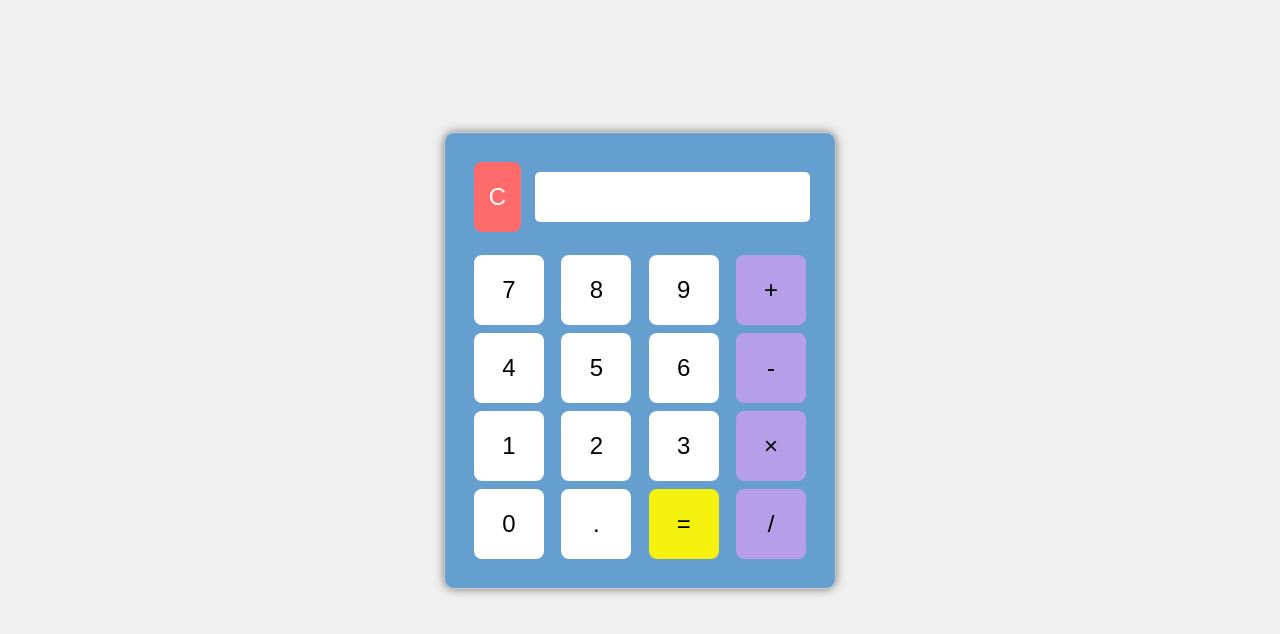
Repository: Burnmyheart/calculator
Page: index.html
An editor plug-in stored every save of this project. The page is shown before and after the next save, followed by the edit.
The browser window is 1280 px wide. The pictures show the whole page.

Above is the page before, as saved 2025-04-28 22:47:49.

### index.html
<!DOCTYPE html>
<html lang="en">
  <head>
    <meta charset="UTF-8" />
    <meta name="viewport" content="width=device-width, initial-scale=1.0" />
    <title>Калькулятор</title>
    <link rel="stylesheet" href="style.css" />
  </head>
  <body>
    <div class="calculator">
      <!-- Поле вывода и кнопка сброса -->
      <div class="display-container">
        <button class="clear" onclick="clearDisplay()">C</button>
        <input type="text" id="display" readonly />
      </div>

      <!-- Кнопки калькулятора -->
      <div>
        <button onclick="addNumber('7')">7</button>
        <button onclick="addNumber('8')">8</button>
        <button onclick="addNumber('9')">9</button>
        <button class="operation" onclick="addOperation('+')">+</button>
      </div>
      <div>
        <button onclick="addNumber('4')">4</button>
        <button onclick="addNumber('5')">5</button>
        <button onclick="addNumber('6')">6</button>
        <button class="operation" onclick="addOperation('-')">-</button>
      </div>
      <div>
        <button onclick="addNumber('1')">1</button>
        <button onclick="addNumber('2')">2</button>
        <button onclick="addNumber('3')">3</button>
        <button class="operation" onclick="addOperation('*')">×</button>
      </div>
      <div>
        <button onclick="addNumber('0')">0</button>
        <button onclick="addNumber('.')">.</button>
        <button class="calculate" onclick="calculate()">=</button>
        <button class="operation" onclick="addOperation('/')">/</button>
      </div>
    </div>

    <script src="calculator.js"></script>
  </body>
</html>

### style.css
/* Базовые стили для читаемости */
body {
  display: flex;
  justify-content: center;
  align-items: center;
  min-height: 100vh;
  margin: 0;
  background-color: #f0f0f0;
}

.calculator {
  background-color: #649fcf;
  padding: 25px;
  border: 1px solid #ccc;
  border-radius: 10px;
  width: 340px;
  box-shadow: 0 0 10px 0 rgba(0, 0, 0, 0.5);
}

.display-container {
  margin-bottom: 15px;
  display: flex;
  align-items: center;
  gap: 10px;
}

#display {
  width: 255px;
  height: 40px;
  padding: 5px 10px;
  text-align: right;
  font-size: 24px;
  border-radius: 5px;
  border: none;
}

.calculator > div:not(.display-container) {
  display: flex;
  justify-content: space-between;
}

button {
  width: 70px;
  height: 70px;
  margin: 4px;
  border: none;
  background-color: white;
  border-radius: 8px;
  font-size: 24px;
  cursor: pointer;
}

.clear {
  background-color: #ff6b6b;
  color: white;
}

.calculate {
  background-color: #f5f10f;
}

.operation {
  background-color: #ef9efa98;
}

### calculator.js
// Получаем элемент дисплея
const display = document.getElementById("display");

// Переменные для хранения данных
let firstNumber = "";
let operator = "";
let newNumber = false;

// Добавление цифры
function addNumber(num) {
  if (newNumber) {
    display.value = num;
    newNumber = false;
  } else {
    display.value += num;
  }
}

// Добавление операции
function addOperation(op) {
  // Проверяем, что есть число для операции
  if (display.value === "") {
    display.value = "Ошибка: введите число";
    return;
  }
  // Если уже есть операция, выполняем её
  if (firstNumber && operator) {
    calculate();
  }
  firstNumber = display.value;
  operator = op;
  newNumber = true;
}

// Вычисление результата
function calculate() {
  // Проверяем наличие всех необходимых данных
  if (!firstNumber || !operator || !display.value) {
    display.value = "Ошибка: неполное выражение";
    return;
  }

  let result;
  let a = parseFloat(firstNumber);
  let b = parseFloat(display.value);

  switch (operator) {
    case "+":
      result = a + b;
      break;
    case "-":
      result = a - b;
      break;
    case "*":
      result = a * b;
      break;
    case "/":
      if (b === 0) {
        display.value = "Ошибка: деление на ноль";
        firstNumber = "";
        operator = "";
        newNumber = true;
        return;
      }
      result = a / b;
      break;
  }

  display.value = result;
  firstNumber = "";
  operator = "";
  newNumber = true;
}

// Очистка дисплея
function clearDisplay() {
  display.value = "";
  firstNumber = "";
  operator = "";
  newNumber = false;
}

After the next save:
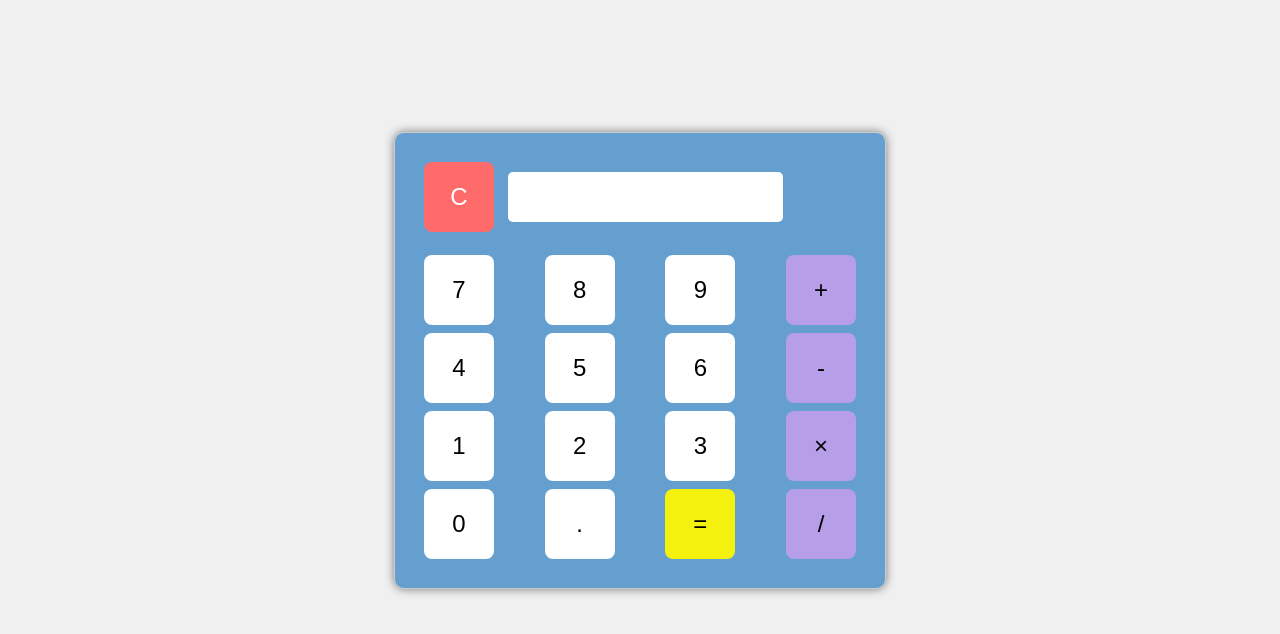
Saved 27 s later.
--- a/style.css
+++ b/style.css
@@ -13,7 +13,7 @@ body {
   padding: 25px;
   border: 1px solid #ccc;
   border-radius: 10px;
-  width: 340px;
+  width: 440px;
   box-shadow: 0 0 10px 0 rgba(0, 0, 0, 0.5);
 }
 
